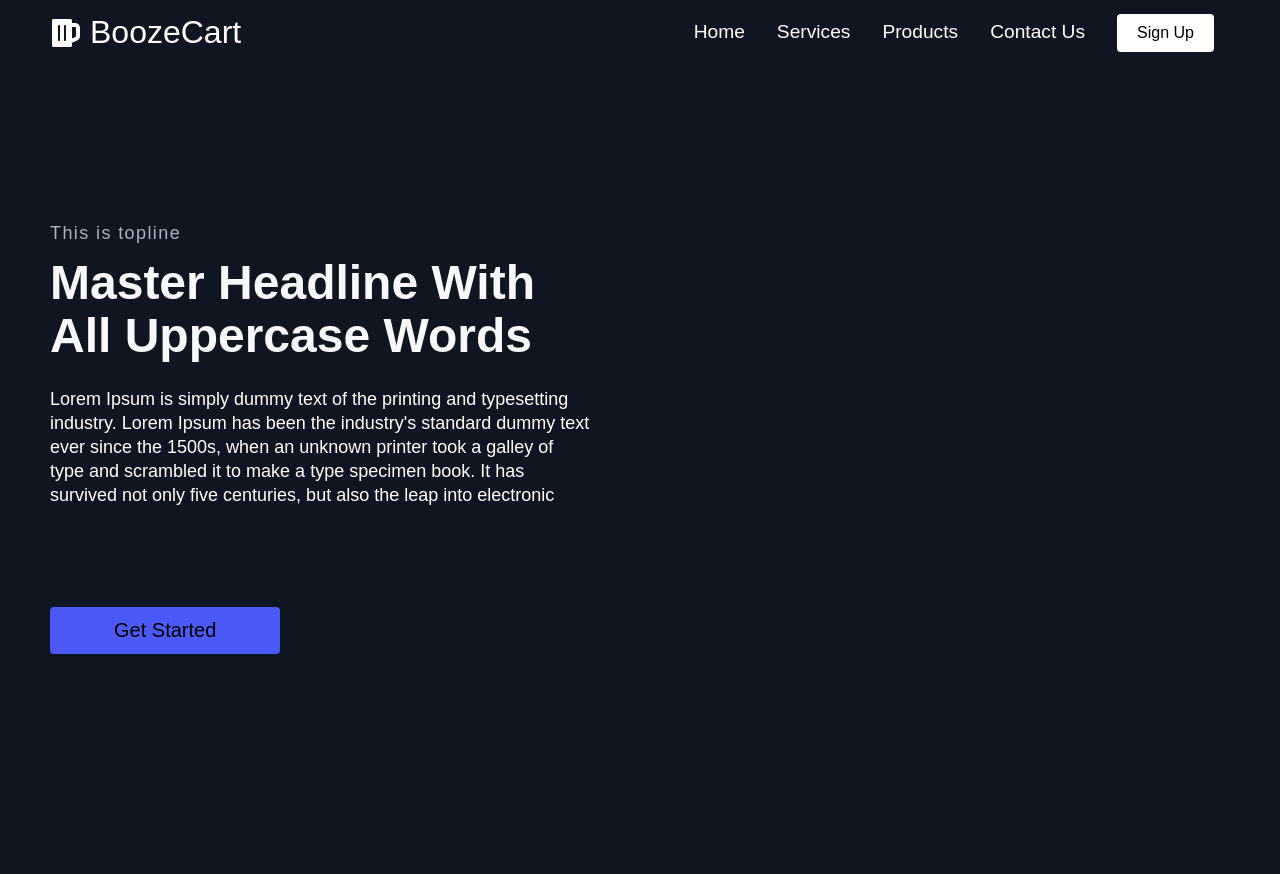
Repository: ajaygc95/Django-and-react
Page: / (app in galamart_sell/boozecart/)
These files come from the project's save history. The page is drawn as it stood at one moment and after the next save; the edit follows.
The browser window is 1280 px wide. The pictures show the whole page.
The project was rebuilt for these pictures with package versions that can differ from the ones it lists, and the page was loaded fresh each time.

Above is the page before, as saved 2021-04-13 00:10:17.

### galamart_sell/boozecart/src/App.js
import { Navbar } from "./components";
import { BrowserRouter as Router, Switch, Route } from "react-router-dom";
import GlobalStyle from "./globalStyles";
import Home from "./pages/HomePage/Home";
function App() {
  return (
    <Router>
      <GlobalStyle />
      <Navbar></Navbar>
      <Switch>
        <Route path="/" exact component={Home}></Route>
      </Switch>
    </Router>
  );
}

export default App;

### galamart_sell/boozecart/src/components/index.js
export { default as Navbar } from "./NavBar/Navbar";
export { default as InfoSection } from "./InfoSection/InfoSection";

### galamart_sell/boozecart/src/globalStyles.js
import styled, { createGlobalStyle } from "styled-components";

const GlobalStyle = createGlobalStyle`
*{
    box-sizing: border-box;
    margin: 0;
    padding: 0;
    font-family: 'Source Sans Pro', sans-serif;
}

`;

export const Container = styled.div`
  z-index: 1;
  width: 100%;
  margin-right: auto;
  margin-left: auto;
  max-width: 1300px;
  padding-right: 50px;
  padding-left: 50px;

  @media screen and (max-width: 991px) {
    padding-right: 30px;
    padding-left: 30px;
  }
`;

export const Button = styled.button`
  border-radius: 4px;
  background: ${({ primary }) => (primary ? "#4b59f7" : "white")};
  white-space: nowrap;
  padding: ${({ big }) => (big ? "12px 64px" : "10px 20px")};
  font-size: ${({ fontBig }) => (fontBig ? "20px" : "16px")};
  outline: none;
  border: none;
  cursor: pointer;

  &:hover {
    transition: all 0.3s ease-out;
    background: ${({ primary }) => (primary ? "#0467fb" : "#4b59f7")};
    color: white;
  }

  @media screen and (max-width: 960px) {
    width: 100%;
  }
`;

export default GlobalStyle;

### galamart_sell/boozecart/src/pages/HomePage/Home.js
import React from "react";
import { InfoSection } from "../../components";
import { homeObj } from "./Data";

const Home = () => {
  return (
    <>
      <InfoSection {...homeObj}></InfoSection>
    </>
  );
};

export default Home;

### galamart_sell/boozecart/src/components/NavBar/Navbar.js
import React, { useEffect, useState } from "react";
import { FaBars, FaTimes } from "react-icons/fa";
import { Button } from "../../globalStyles";

import {
  Nav,
  NavbarContainer,
  NavIcon,
  NavLogo,
  MobileIcon,
  NavMenu,
  NavItem,
  NavLinks,
  NavItemBtn,
  NavBtnLink,
} from "./Navbar.element";

const Navbar = () => {
  const [click, setClick] = useState(false);
  const [button, setButton] = useState(true);
  const handleClick = () => setClick(!click);

  const showButton = () => {
    if (window.innerWidth <= 960) {
      setButton(false);
    } else {
      setButton(true);
    }
  };

  useEffect(() => {
    showButton();
  });
  window.addEventListener("resize", showButton);
  return (
    <>
      <Nav>
        <NavbarContainer>
          <NavLogo to="/">
            <NavIcon />
            BoozeCart
          </NavLogo>
          <MobileIcon onClick={handleClick}>
            {click ? <FaTimes /> : <FaBars />}
          </MobileIcon>
          <NavMenu onClick={handleClick} click={click}>
            <NavItem>
              <NavLinks to="/">Home</NavLinks>
            </NavItem>
            <NavItem>
              <NavLinks to="/services">Services</NavLinks>
            </NavItem>
            <NavItem>
              <NavLinks to="/Products">Products</NavLinks>
            </NavItem>
            <NavItem>
              <NavLinks to="/contact">Contact Us</NavLinks>
            </NavItem>
            <NavItemBtn>
              {button ? (
                <NavBtnLink to="/sign-up">
                  <Button> Sign Up</Button>
                </NavBtnLink>
              ) : (
                <NavBtnLink to="/sign-up">
                  <Button fontBig primary>
                    Sign Up
                  </Button>
                </NavBtnLink>
              )}
            </NavItemBtn>
          </NavMenu>
        </NavbarContainer>
      </Nav>
    </>
  );
};

export default Navbar;

### galamart_sell/boozecart/src/components/InfoSection/InfoSection.js
import React from "react";
import { Link } from "react-router-dom";
import { Button, Container } from "../../globalStyles";
import {
  Heading,
  InfoColumn,
  InfoRow,
  InfoSec,
  Subtitle,
  TextWrapper,
  TopLine,
} from "./InfoSection.element";

const InfoSection = ({
  primary,
  lightBg,
  imgStart,
  lightTopLine,
  lightTextDesc,
  buttonLabel,
  description,
  headline,
  lightText,
  topLine,
}) => {
  return (
    <>
      <InfoSec lightBg={lightBg}>
        <Container>
          <InfoRow imgStart={imgStart}>
            <InfoColumn>
              <TextWrapper>
                <TopLine lightTopLine={lightTopLine}>{topLine}</TopLine>
                <Heading lightText={lightText}>{headline}</Heading>
                <Subtitle lightText={lightTextDesc}>{description}</Subtitle>
                <Link to="/sign-up">
                  <Button big fontBig primary={primary}>
                    {buttonLabel}
                  </Button>
                </Link>
              </TextWrapper>
            </InfoColumn>
          </InfoRow>
        </Container>
      </InfoSec>
    </>
  );
};

export default InfoSection;

### galamart_sell/boozecart/src/pages/HomePage/Data.js
export const homeObj = {
  lightBg: false,
  primary: true,
  lightBg: false,
  imgStart: "",
  lightTopLine: true,
  lightTextDesc: true,
  buttonLabel: "Get Started",
  description:
    "  Lorem Ipsum is simply dummy text of the printing and typesetting industry. Lorem Ipsum has been the industry's standard dummy text ever since the 1500s, when an unknown printer took a galley of type and scrambled it to make a type specimen book. It has survived not only five centuries, but also the leap into electronic ",
  headline: "Master Headline With All Uppercase Words",
  lightText: true,
  topLine: "This is topline",
};

### galamart_sell/boozecart/src/components/NavBar/Navbar.element.js
import styled from "styled-components";
import { Container } from "../../globalStyles";
import { Link } from "react-router-dom";
import { FaBeer } from "react-icons/fa";

export const Nav = styled.nav`
  background: #101522;
  height: 65px;
  display: flex;
  justify-content: center;
  align-items: center;
  font-size: 1.2rem;
  position: sticky;
  top: 0;
  z-index: 999;
  color: white;
`;

export const NavbarContainer = styled(Container)`
  display: flex;
  justify-content: space-between;
  align-items: center;
  height: 65px;
$(Container)

`;

export const NavLogo = styled(Link)`
  color: #fff;
  justify-self: flex-start;
  cursor: pointer;
  text-decoration: none;
  font-size: 2rem;
  display: flex;
  align-items: center;
`;

export const NavIcon = styled(FaBeer)`
  margin-right: 0.5rem;
  color: white;
`;

export const MobileIcon = styled.div`
  display: none;

  @media screen and (max-width: 960px) {
    display: flex;
    align-items: center;
    display: block;
    position: absolute;
    right: 10px;
    line-height: 65px;
    font-size: 2rem;
    cursor: pointer;
  }
`;

export const NavMenu = styled.ul`
  display: flex;
  align-items: center;
  text-align: center;
  list-style: none;

  @media screen and (max-width: 960px) {
    display: flex;
    flex-direction: column;
    width: 100%;
    height: 90vh;
    position: absolute;
    top: 65px;
    left: ${({ click }) => (click ? 0 : "-100%")};
    opacity: 1;
    transition: all 0.3s ease;
    background: #101522;
  }
`;

export const NavItem = styled.li`
  height: 65px;
  border-bottom: 2px solid transparent;

  &:hover {
    border-bottom: 2px solid #0467fb;
  }

  @media screen and (max-width: 960px) {
    width: 100%;
    align-items: center;
    &:hover {
      border: none;
    }
  }
`;

export const NavLinks = styled(Link)`
  color: #fff;
  display: flex;
  align-items: center;
  text-decoration: none;
  padding: 0.5rem 1rem;
  height: 100%;

  &:hover {
    color: #0467fb;
  }

  @media screen and (max-width: 960px) {
    text-align: center;
    padding: 2rem;
    width: 100%;
    display: table;

    &:hover {
      color: #4b59f7;
      transition: all 0.3s ease;
    }
  }
`;

export const NavItemBtn = styled.li`
  display: flex;
  @media screen and (max-width: 960px) {
    display: flex;
    justify-content: center;
    width: 100%;
    width: 100%;
    height: 120px;
  }
`;

export const NavBtnLink = styled(Link)`
  display: flex;
  justify-content: center;
  align-items: center;
  text-decoration: none;
  padding: 8px 16px;
  height: 100%;
  width: 100%;
  border: none;
  outline: none;
`;

### galamart_sell/boozecart/src/components/InfoSection/InfoSection.element.js
import styled from "styled-components";

export const InfoSec = styled.div`
  color: #fff;
  padding: 160px 0;
  background: ${({ lightBg }) => (lightBg ? "#fff" : "#101522")};
`;

export const InfoRow = styled.div`
  display: flex;
  margin: 0 -15px -15px -15px;
  flex-wrap: wrap;
  align-items: center;
  flex-direction: ${({ imgStart }) => (imgStart ? "row-reverse" : "row")};
`;

export const InfoColumn = styled.div`
  margin-bottom: 15px;
  padding-right: 15px;
  padding-left: 15px;
  flex: 1;
  max-width: 50%;
  flex-basis: 50%;

  @media screen and (max-width: 768px) {
    max-width: 100%;
    flex-basis: 100%;
    display: flex;
    justify-content: center;
  }
`;

export const TextWrapper = styled.div`
  max-width: 540px;
  padding-top: 0;
  padding-bottom: 60px;

  @media screen and (max-width: 768px) {
    padding-bottom: 65px;
  }
`;

export const TopLine = styled.div`
  color: ${({ lightTopLine }) => (lightTopLine ? "#a9b3c1" : "#4b59f7")};
  font-size: 18px;
  line-height: 16px;
  letter-spacing: 1.4px;
  margin-bottom: 16px;
`;

export const Heading = styled.h1`
  margin-bottom: 24px;
  font-size: 48px;
  line-height: 1.1;
  color: ${({ lightText }) => (lightText ? "#f7f8fa" : "#1c2237")};
`;

export const Subtitle = styled.p`
  margin-bottom: 100px;
  font-size: 35px;
  font-size: 18px;
  line-height: 24px;
  color: ${({ lightTextDesc }) => (lightTextDesc ? "white" : "white")};
`;

Loaded but not shown: galamart_sell/boozecart/public/index.html (common file); galamart_sell/boozecart/src/index.js (common file)

After the next save:
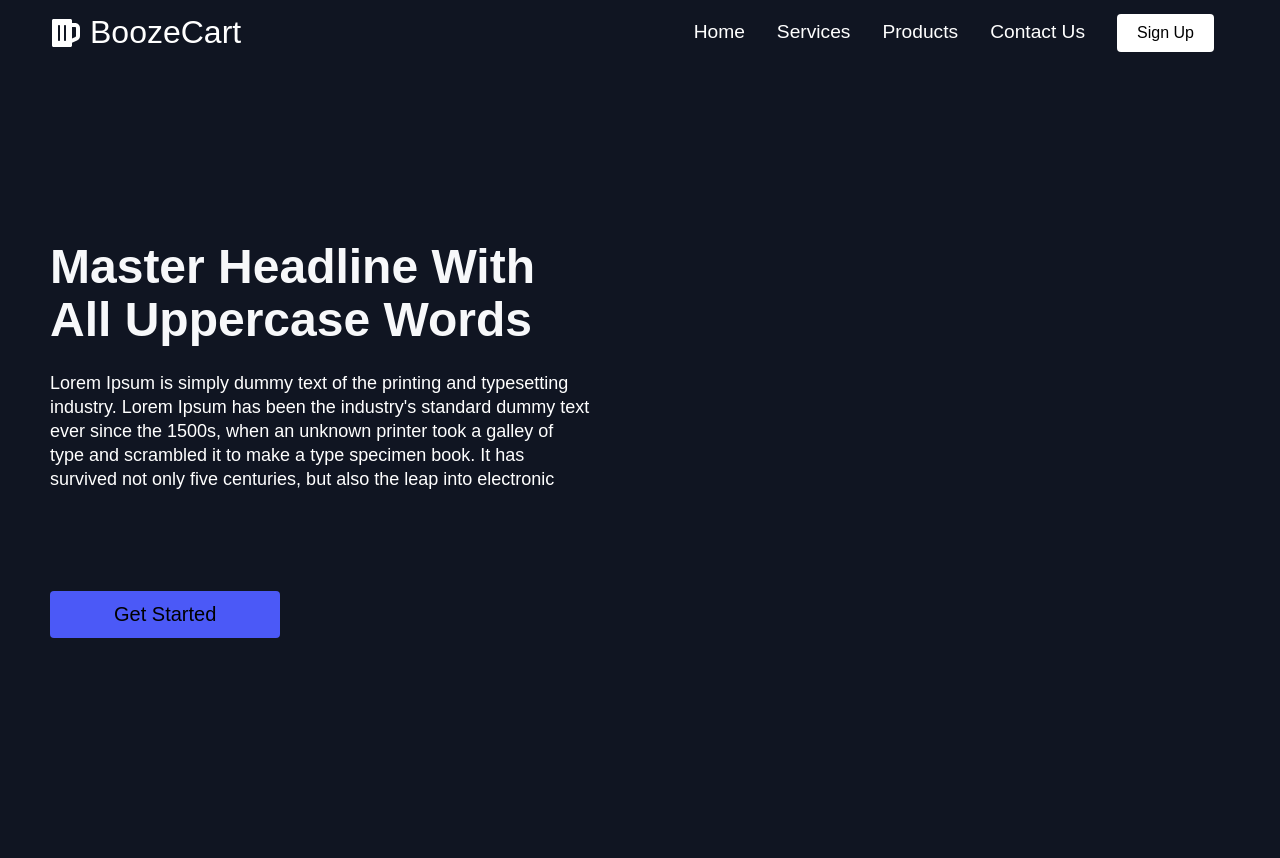
Saved 8 s later.
--- a/galamart_sell/boozecart/src/pages/HomePage/Data.js
+++ b/galamart_sell/boozecart/src/pages/HomePage/Data.js
@@ -10,5 +10,5 @@
     "  Lorem Ipsum is simply dummy text of the printing and typesetting industry. Lorem Ipsum has been the industry's standard dummy text ever since the 1500s, when an unknown printer took a galley of type and scrambled it to make a type specimen book. It has survived not only five centuries, but also the leap into electronic ",
   headline: "Master Headline With All Uppercase Words",
   lightText: true,
-  topLine: "This is topline",
+  topLine: "",
 };

After the save that followed:
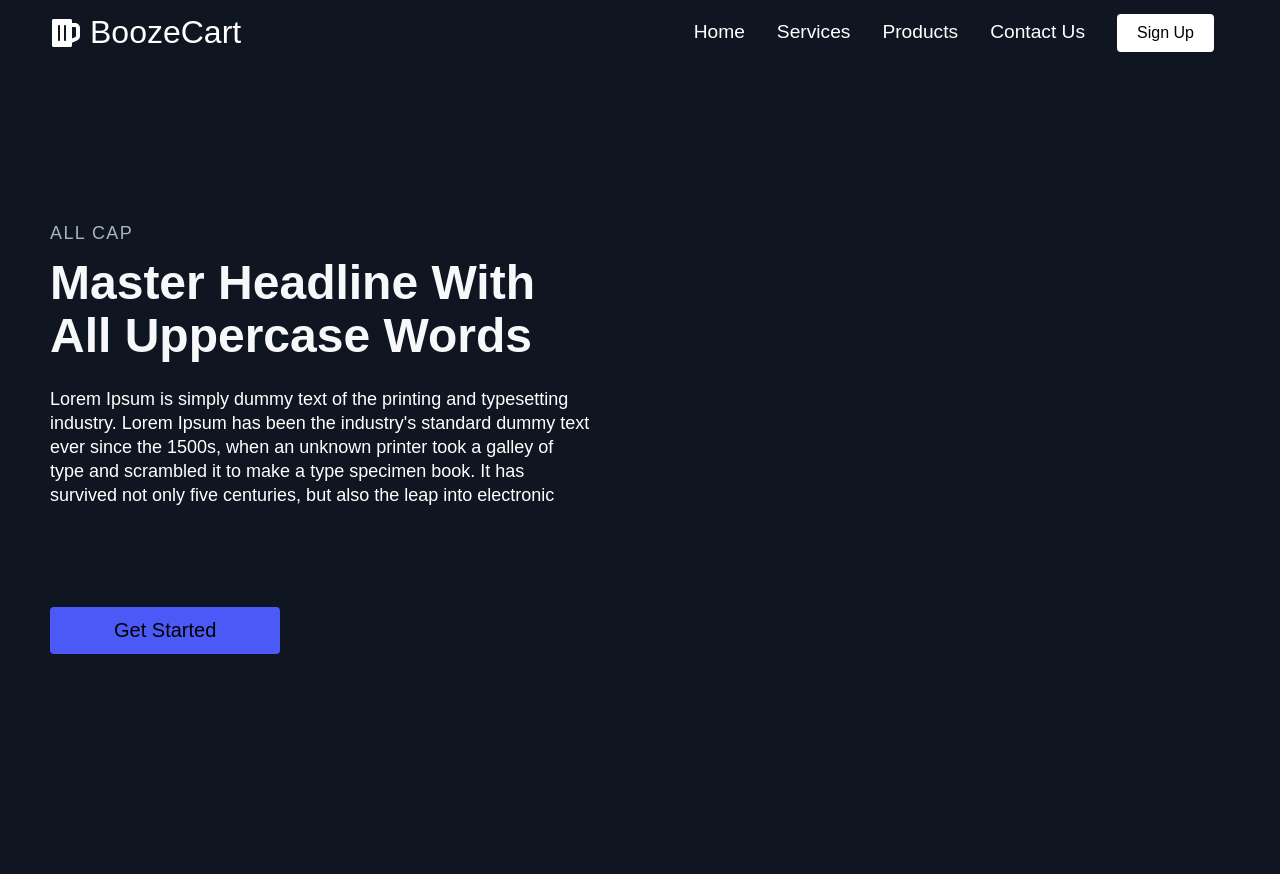
Saved 5 s later.
--- a/galamart_sell/boozecart/src/pages/HomePage/Data.js
+++ b/galamart_sell/boozecart/src/pages/HomePage/Data.js
@@ -10,5 +10,5 @@
     "  Lorem Ipsum is simply dummy text of the printing and typesetting industry. Lorem Ipsum has been the industry's standard dummy text ever since the 1500s, when an unknown printer took a galley of type and scrambled it to make a type specimen book. It has survived not only five centuries, but also the leap into electronic ",
   headline: "Master Headline With All Uppercase Words",
   lightText: true,
-  topLine: "",
+  topLine: "ALL CAP ",
 };
